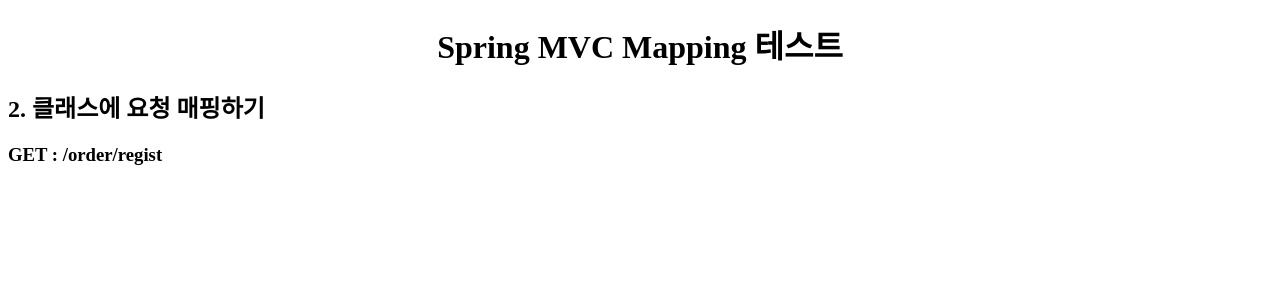
Repository: TheBeginnerJiyeon/multi_05_spring
Page: http://localhost/basic4/order/regist
The author's editor kept a copy of each file at every save. The page is drawn from the files as they stood at one save, then again after the next save.
The browser window is 1280 px wide. The pictures show the whole page.
The page is served by Tomcat 9. Other server files are loaded and not shown.

Above is the page before, as saved 2024-05-30 04:51:14.

### basic4/src/main/webapp/WEB-INF/views/order/regist.jsp
<%@ page language="java" contentType="text/html; charset=UTF-8"
    pageEncoding="UTF-8"%>
<!DOCTYPE html>
<html>
<head>
<meta charset="UTF-8">
<title>Insert title here</title>
</head>
<body>
	<h1 align="center">Spring MVC Mapping 테스트</h1>


	<h2>2. 클래스에 요청 매핑하기</h2>

	<h3>GET : /order/regist</h3>




</body>
</html>

After the next save:
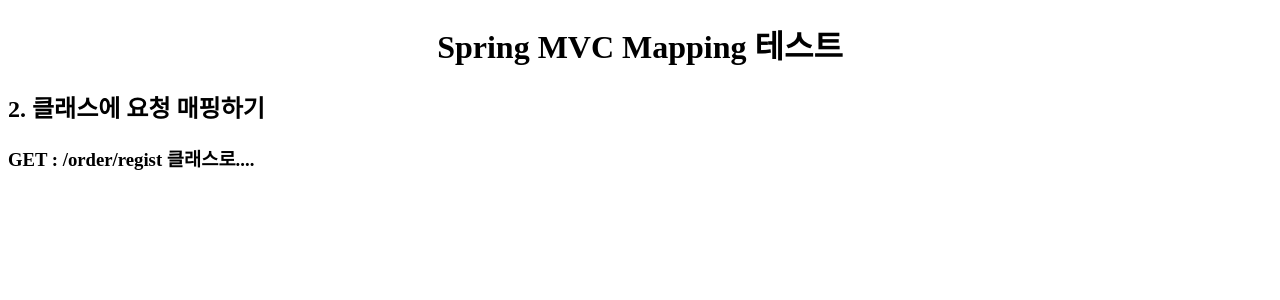
Saved 12 s later.
--- a/basic4/src/main/webapp/WEB-INF/views/order/regist.jsp
+++ b/basic4/src/main/webapp/WEB-INF/views/order/regist.jsp
@@ -12,7 +12,7 @@
 
 	<h2>2. 클래스에 요청 매핑하기</h2>
 
-	<h3>GET : /order/regist</h3>
+	<h3>GET : /order/regist 클래스로....</h3>
 
 
 
